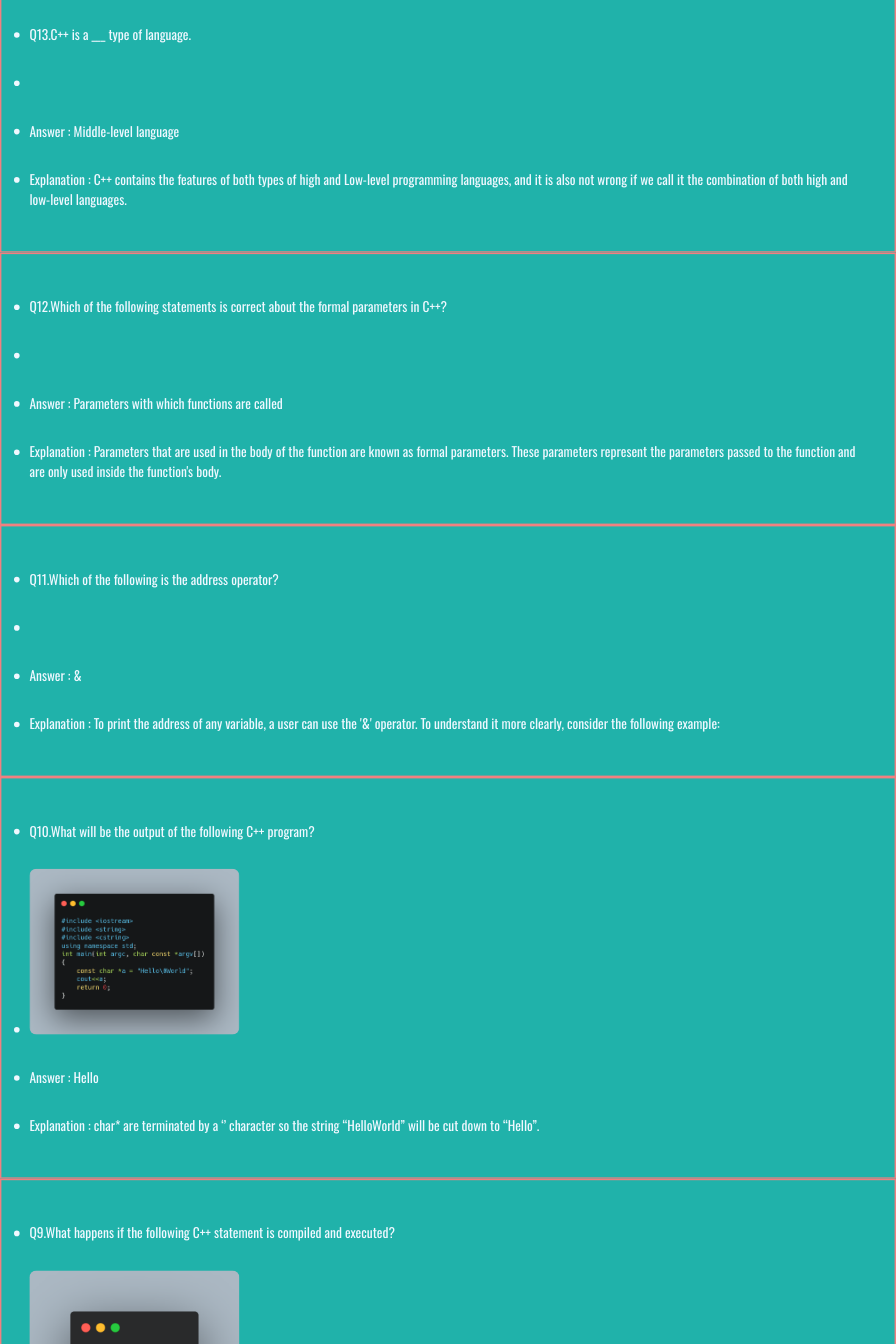
Repository: abdelrahmanahmed20021/Quiz-Platform
Page: info.html
An editor plug-in stored every save of this project. The page is shown before and after the next save, followed by the edit.
The browser window is 1280 px wide. The pictures show the part of the page from y = 4580 to 6500 px (the page is 11774 px tall before and 9435 px after), at 70% of full size.

Above is the page before, as saved 2023-01-11 18:50:07.

### info.html
<!DOCTYPE html>
<html lang="en">

    <head>
        <!-- ======== Meta =========== -->
        <meta charset="UTF-8">
        <meta http-equiv="X-UA-Compatible" content="IE=edge">
        <meta name="viewport" content="width=device-width, initial-scale=1.0">
        <title>Question || Platform</title>
        <!-- ======== Links =========== -->
        <link rel="stylesheet" href="./styles/index.css">
        <link rel="stylesheet" href="./styles/responsive.css">
        <style>
            .info-answers{
                padding: 40px;
                background-color: lightseagreen;
                font-family:  'Oswald', sans-serif;
                border: 2px solid lightcoral;
            }
            .info-answers li{
                color: aliceblue;
                padding: 20px 0;
                font-size: 1.2rem;
            }
            .info-answers li img{
                width: 300px;
                border-radius: 10px;
            }
        </style>
        <!-- ======== Links =========== -->
    </head>
    <body>



       <script type="module">
          import {data} from "./auth/data.js";

          const body = document.querySelector("body");

          data.forEach((e) =>{
            const result_ans = e.answer;
            body.insertAdjacentHTML("afterend",`
            <ul class="info-answers">
                <li>${e.quest}</li>
                <li><img src="${e.img !=" " ? e.img : "No Image At this Quesition" }"alt=""></li>
                <li>Answer : ${e[result_ans]}</li>
                <li>Explanation : ${e.explanation}</li>
            </ul>

            `)
          })
       </script>
    </body>
</html>

### styles/index.css
/* ========= Import || Font ||  ========= */
@import url('https://fonts.googleapis.com/css2?family=Oswald:wght@200;300;400;500;600;700&display=swap');
/* ========= Import || Font ||  ========= */




/* ========= Set || Variables ||  ========= */
:root {
    --mainColor: #192a56;
    --primaryColor: #273c75;
    --lightColor: #00a8ff;
    --greenColor: #e1b12c;
    --redColor: #487eb0;
    --mainFont: 'Oswald', sans-serif;
    --mainPadding: 40px;
    --primaryPadding: 20px;
    --mainFontSize: 1.2rem;
    --primaryFontSize: .72rem;
    --mainFontWigth: 500;
    --primaryFontWigth: 700;
}

/* ========= Set || Variables ||  ========= */




/* ========= Golbal || Styles ||  ========= */
*>*,
*::after,
*::before {
    padding: 0;
    margin: 0;
    box-sizing: border-box;
    transition: all .5s ease-in-out;
    user-select: none;
    user-zoom: none;
    -webkit-user-drag: none;
}

body {
    background-color: var(--mainColor);
    font-family: var(--mainFont);
}

.flex {
    display: flex;
    align-items: center;
    justify-content: center;
}

.box {
    height: 50%;
}

.border {
    border: 2px solid var(--lightColor);
    border-radius: 10px;
}

.hover:hover {
    background-color: var(--lightColor) !important;
    color: var(--primaryColor) !important;
}

.hover_min_width:active {
    background-color: var(--lightColor) !important;
    color: var(--primaryColor) !important;
}

::-webkit-scrollbar {
    width: 5px;
}

::-webkit-scrollbar-thumb {
    background-color: var(--greenColor);
    border-radius: 10px;
}

/* ========= Golbal || Styles ||  ========= */



/* ========= Main || ElE || Styles ||  ========= */
body>section {
    display: flex;
    height: 100vh;
    padding: 30px;
}

body>section .container_1 {
    width: 70%;
    height: 100%;
}

body>section .container_2 {
    width: 30%;
    height: 100%;
    overflow: hidden;
}

body>section .container_1 .start_btn {
    height: 35%;
    gap: 30px;
}

/* ========= Main || ElE || Styles ||  ========= */

/* ========= Audio || Styles ||  ========= */

body>section>.audio_cotroll {
    position: relative;
}

body>section>.audio_cotroll img {
    top: 0;
    left: 0;
    cursor: pointer;
    position: absolute;
    width: 0;
    height: 0;
    opacity: 0;
}

body>section>.audio_cotroll .active {
    opacity: 1;
    z-index: 100;
    width: auto;
    height: auto;
}

/* ========= Audio || Styles ||  ========= */


/* ========= Container || One || Styles ||  ========= */
body>section .container_1 .start_btn button {
    padding: var(--primaryPadding);
    width: 200px;
    border: 0;
    outline: 0;
    border-radius: 10px;
    font-size: var(--mainFontSize);
    background-color: var(--primaryColor);
    color: var(--lightColor);
    cursor: pointer;
    font-weight: var(--mainFontWigth);
}
body>section .container_1 .start_btn button:hover{
    background-color: var(--lightColor);
    color: var(--mainColor);
}
body>section .container_1 .quest_content {
    height: 65%;
    padding: var(--mainPadding) var(--primaryPadding);
}

body>section .container_1 .quest_content .quset_cont {
    position: relative;
    height: 50%;
    font-size: var(--mainFontSize);
    color: var(--lightColor);
    background-color: transparent;
    padding: 90px;
}
body > #poper_img{
    background-color: #466bdb46;
    backdrop-filter: blur(10px);
    position: fixed;
    top: 0;
    bottom: 0;
    left: 0;
    right: 0;
    z-index: 1000;
    display: flex;
    justify-content: center;
    align-items: center;
}

@media screen and (max-width:675px){
    body > #poper_img img{
        width: 85%;
    }
}

@media screen and (min-width:676px) and (max-width:976px){
    body > #poper_img img{
        width: 90%;
    }
}
body > #poper_img span{
    position: absolute;
    top: 20px;
    left: 20px;
    font-size: 2rem;
    cursor: pointer;
    font-weight: bold;
    font-family: sans-serif;
    color: #e1b12c;
}
body>section .container_1 .quest_index {
    padding: 2px 10px;
    font-size: 16px;
    color: var(--lightColor);
}

body>section .container_1 .quest_content .answers {
    width: 100%;
    justify-content: center;
    flex-wrap: wrap;
}

body>section .container_1 .quest_content .answers span {
    width: 46%;
    margin: 5px;
    min-height: 40px;
    text-align: center;
    padding: 5px 0;
    cursor: pointer;
    color: var(--lightColor);
}


/* ========= Container || One || Styles ||  ========= */




/* ========= Container || Two || Styles ||  ========= */
body>section .container_2 .quest_index_num {
    justify-content: space-between;
    flex-direction: column-reverse;
    min-height: 68%;
    max-height: 68%;
    padding-bottom: 400px;
    margin-bottom: 30px;
    overflow: auto;
}


body>section .container_2 .quest_index_num p {
    display: block;
    width: 100%;
    text-align: center;
    color: var(--primaryColor);
}

body>section .container_2 .quest_index_num .correct_answer {
    background-color: transparent !important;
    color: var(--greenColor) !important;
}

body>section .container_2 .quest_index_num .falsey_answer {
    background-color: transparent !important;
    color: var(--primaryColor) !important;
}

body>section .container_2 .icons_helper {
    justify-content: space-evenly;
    height: 20%;
}

body>section .container_2 .icons_helper .remove_2 {
    width: 80px;
    height: 80px;
    cursor: pointer;
    color: var(--lightColor);
}

body>section .container_2 .icons_helper .google {
    cursor: pointer;
    width: 80px;
    height: 80px;
}

/* ========= Container || Two || Styles ||  ========= */

/* ========= Actives || Class || Styles ||  ========= */
.active_point_quest {
    color: var(--lightColor) !important;
    font-weight: var(--primaryFontWigth);
    font-size: var(--mainFontSize);
}

.falsey_answer {
    background-color: var(--redColor) !important;
    color: var(--lightColor) !important;
}
.falsey_answer_p{
    color: red !important;
}
.correct_answer {
    background-color: var(--greenColor) !important;
    color: var(--lightColor) !important;
}

.hidde_animate_btn {
    transform: scale(0);
    width: 0;
}
.poper_appender{
    color: #00a8ff;
}
.hide_poper{
    display: none !important;
}
.description_hidde{
    display: none;
}
/* ========= Actives || Class || Styles ||  ========= */

### styles/responsive.css
/* ===========  Tablets || Sizes  =============== */
/* =============== Sm ================ */
@media screen and (min-width:360px) and (max-width:960px) {
    :root {
        --mainPadding: 20px;
        --primaryPadding: 10px;
        --mainFontSize: 1rem;
        --mainFontWigth: 400;
        --primaryFontWigth: 500;
    }

    body>section {
        flex-direction: column;
        padding: 20px 10px;
    }

    body>section .container_1 {
        width: 100%;
        height: 70%;

    }

    body>section .container_1 .start_btn {
        height: 20%;
    }

    body>section .container_2 {
        width: 100%;
        height: 30%;
    }

    body>section .container_2 .quest_index_num {
        min-height: 58%;
        max-height: 58%;
        padding-bottom: 0;
        padding-left: 400px;
    }

    body>section .container_2 .icons_helper {
        justify-content: space-between;
    }

    body>section .container_1 .quest_content .quset_cont {
        padding: 40px;
    }

    body>section .container_1 .quest_content .answers span {
        font-size: var(--primaryFontSize);
        font-weight: var(--primaryFontWigth);
    }

    body>section .container_2 .icons_helper .remove_2 {
        width: 60px;
        height: 60px;
    }

    body>section .container_2 .icons_helper .google {
        width: 60px;
        height: 60px;
    }

}

/* =============== Sm ================ */
/* ===========  Tablets || Sizes  =============== */

Loaded but not shown: auth/data.js (318 lines, source omitted)

After the next save:
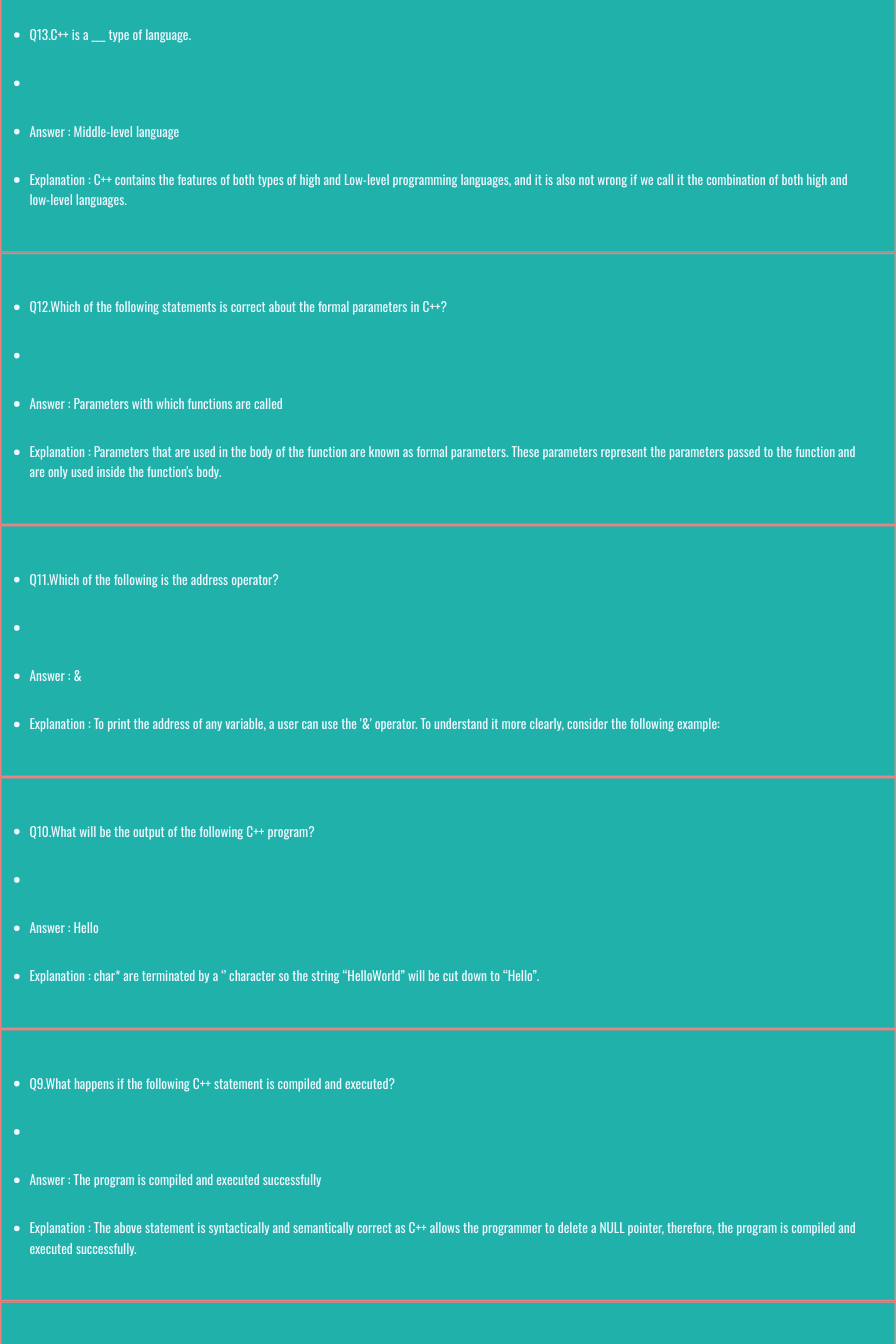
Not found: No Image At this Quesition
Saved 4 s later.
--- a/info.html
+++ b/info.html
@@ -43,7 +43,7 @@
             body.insertAdjacentHTML("afterend",`
             <ul class="info-answers">
                 <li>${e.quest}</li>
-                <li><img src="${e.img !=" " ? e.img : "No Image At this Quesition" }"alt=""></li>
+                <li><img src="${e.img ==" " ? e.img : "No Image At this Quesition" }"alt=""></li>
                 <li>Answer : ${e[result_ans]}</li>
                 <li>Explanation : ${e.explanation}</li>
             </ul>

After the save that followed:
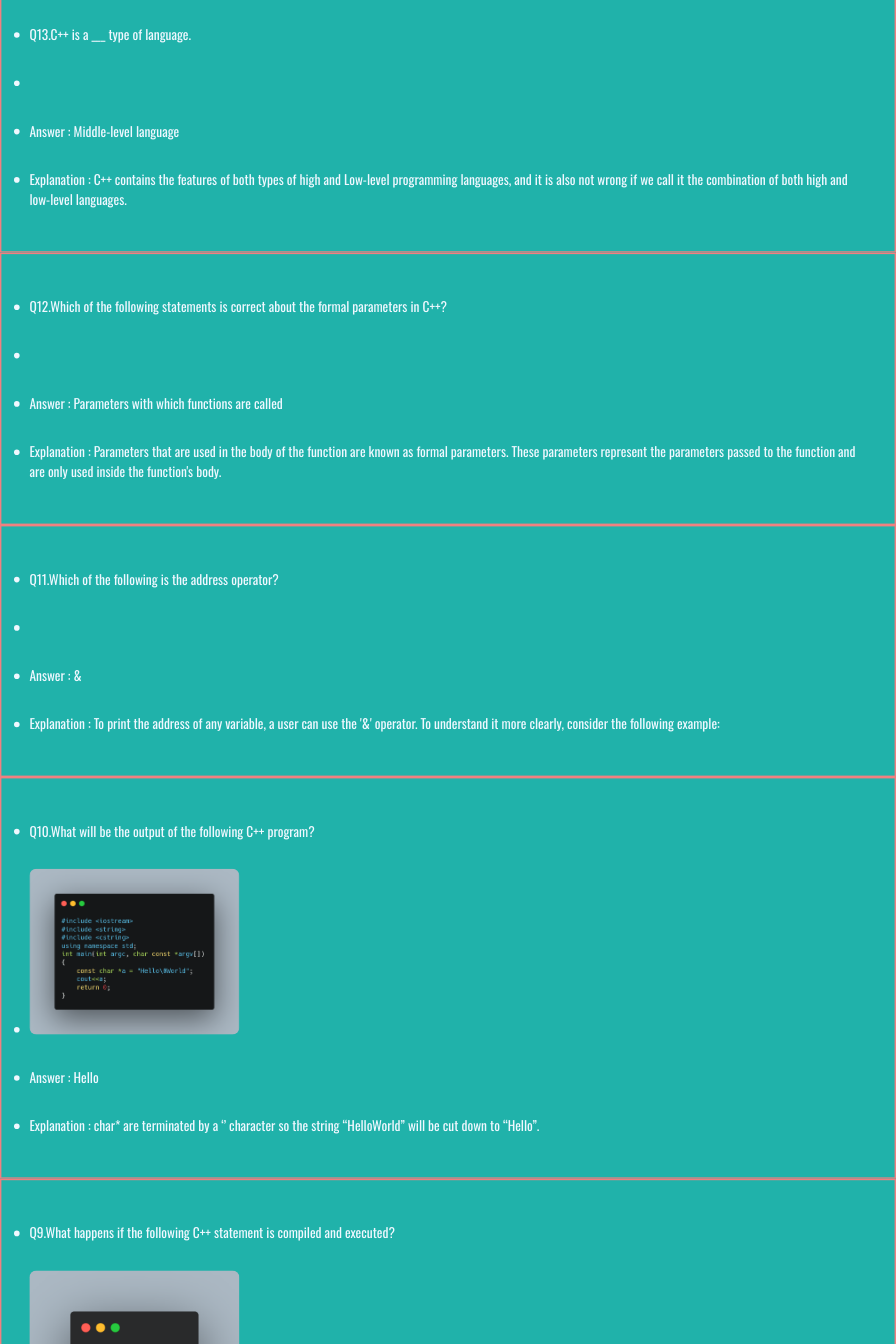
Saved 5 s later.
--- a/info.html
+++ b/info.html
@@ -43,7 +43,7 @@
             body.insertAdjacentHTML("afterend",`
             <ul class="info-answers">
                 <li>${e.quest}</li>
-                <li><img src="${e.img ==" " ? e.img : "No Image At this Quesition" }"alt=""></li>
+                <li><img src="${e.img ? e.img : "No Image At this Quesition" }"alt=""></li>
                 <li>Answer : ${e[result_ans]}</li>
                 <li>Explanation : ${e.explanation}</li>
             </ul>
